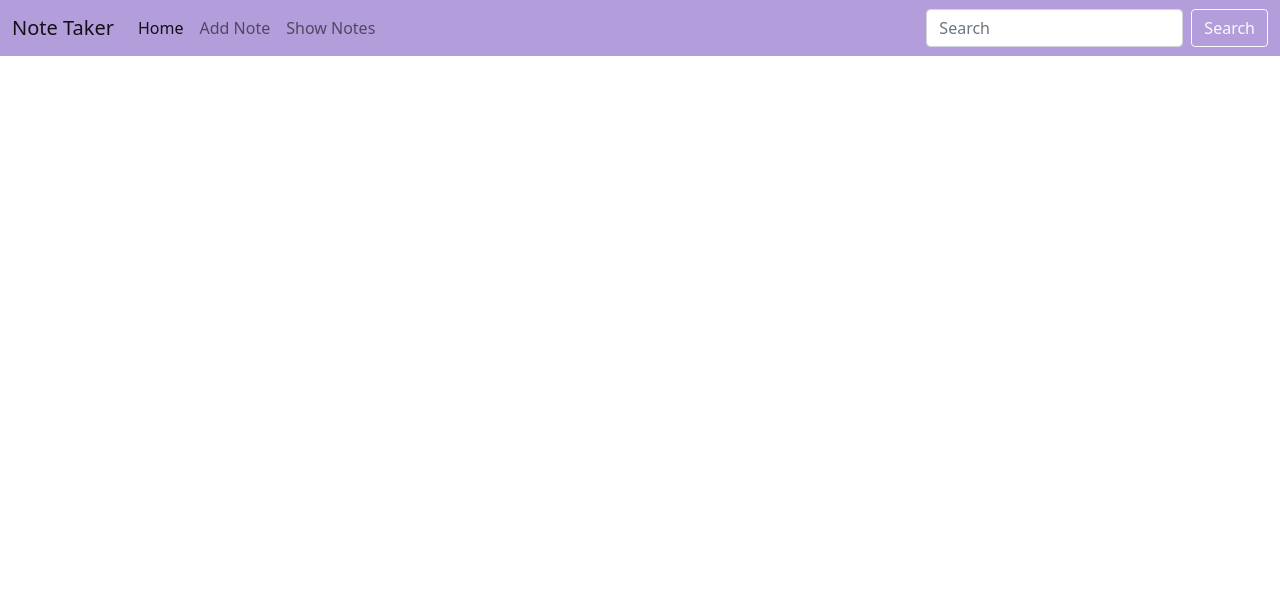
Repository: Tanmoy4672/Hibernate
Page: http://localhost/NoteTaker/
The author's editor kept a copy of each file at every save. The page is drawn from the files as they stood at one save, then again after the next save.
The browser window is 1280 px wide. The pictures show the whole page.
The page is served by Tomcat 9. Other server files are loaded and not shown.

Above is the page before, as saved 2021-12-16 22:43:29.

### NoteTaker/src/main/webapp/index.jsp
<!doctype html>
<html lang="en">
  <head>
    <!-- Required meta tags -->
    <meta charset="utf-8">
    <meta name="viewport" content="width=device-width, initial-scale=1">

    <title>Note Taker :HomePage</title>
       <%@include file="All_js_css.jsp" %>

  </head>
  <body>

    <div class="container-fluid p-0 m-0">
    <%@include file="Navbar.jsp" %>
    </div>















  </body>
</html>

### NoteTaker/src/main/webapp/All_js_css.jsp
<!-- Bootstrap CSS -->
    <link href="https://cdn.jsdelivr.net/npm/bootstrap@5.0.2/dist/css/bootstrap.min.css" rel="stylesheet" integrity="sha384-EVSTQN3/azprG1Anm3QDgpJLIm9Nao0Yz1ztcQTwFspd3yD65VohhpuuCOmLASjC" crossorigin="anonymous">
    <link href="CSS/style.css" rel="stylesheet"/>

 <!-- Optional JavaScript; choose one of the two! -->

    <!-- Option 1: Bootstrap Bundle with Popper -->
    <script src="https://cdn.jsdelivr.net/npm/bootstrap@5.0.2/dist/js/bootstrap.bundle.min.js" integrity="sha384-MrcW6ZMFYlzcLA8Nl+NtUVF0sA7MsXsP1UyJoMp4YLEuNSfAP+JcXn/tWtIaxVXM" crossorigin="anonymous"></script>

    <!-- Option 2: Separate Popper and Bootstrap JS -->

    <script src="https://cdn.jsdelivr.net/npm/@popperjs/core@2.9.2/dist/umd/popper.min.js" integrity="sha384-IQsoLXl5PILFhosVNubq5LC7Qb9DXgDA9i+tQ8Zj3iwWAwPtgFTxbJ8NT4GN1R8p" crossorigin="anonymous"></script>
    <script src="https://cdn.jsdelivr.net/npm/bootstrap@5.0.2/dist/js/bootstrap.min.js" integrity="sha384-cVKIPhGWiC2Al4u+LWgxfKTRIcfu0JTxR+EQDz/bgldoEyl4H0zUF0QKbrJ0EcQF" crossorigin="anonymous"></script>

### NoteTaker/src/main/webapp/Navbar.jsp
<nav class="navbar navbar-expand-lg navbar-light purple">
	<div class="container-fluid">
		<a class="navbar-brand" href="index.jsp">Note Taker</a>
		<button class="navbar-toggler" type="button" data-bs-toggle="collapse"
			data-bs-target="#navbarSupportedContent"
			aria-controls="navbarSupportedContent" aria-expanded="false"
			aria-label="Toggle navigation">
			<span class="navbar-toggler-icon"></span>
		</button>
		<div class="collapse navbar-collapse" id="navbarSupportedContent">
			<ul class="navbar-nav me-auto mb-2 mb-lg-0">
				<li class="nav-item"><a class="nav-link active"
					aria-current="page" href="index.jsp">Home</a></li>
				<li class="nav-item"><a class="nav-link" href="add_notes.jsp">Add Note</a></li>

				<li class="nav-item"><a class="nav-link" href="all_notes.jsp"
					tabindex="-1" >Show Notes</a></li>
			</ul>
			<form class="d-flex">
				<input class="form-control me-2" type="search" placeholder="Search"
					aria-label="Search">
				<button class="btn btn-outline-light" type="submit">Search</button>
			</form>
		</div>
	</div>
</nav>

### NoteTaker/src/main/webapp/CSS/style.css
.purple{
	background: #b39ddb;
}

After the next save:
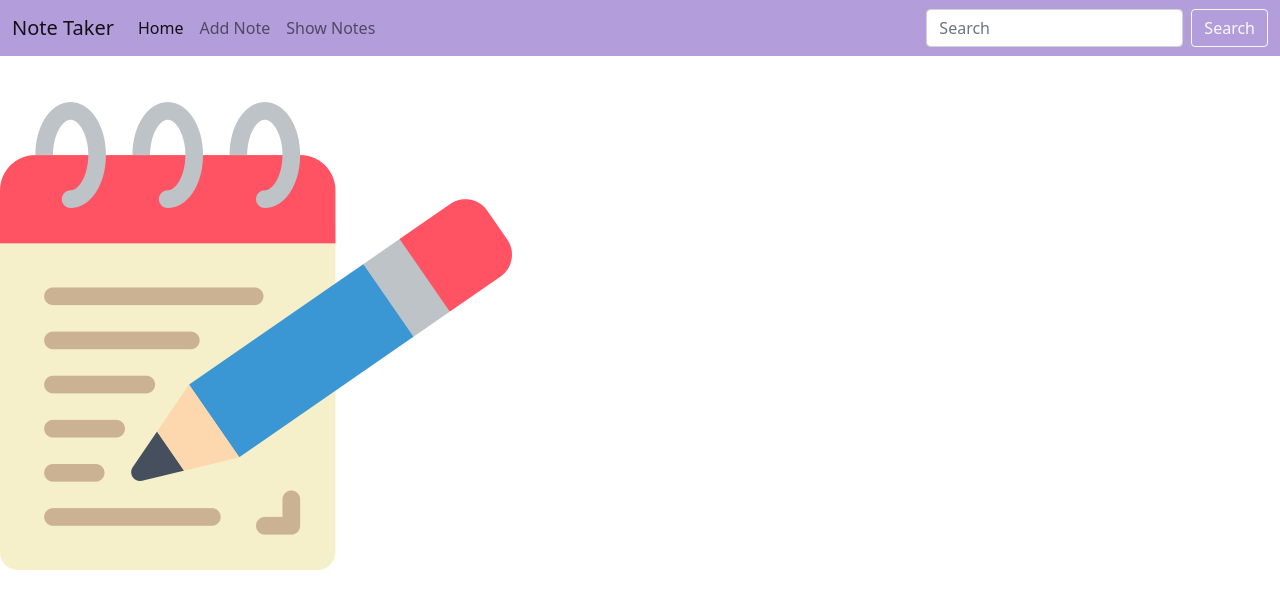
Saved 3 min 47 s later.
--- a/NoteTaker/src/main/webapp/index.jsp
+++ b/NoteTaker/src/main/webapp/index.jsp
@@ -13,6 +13,11 @@
 
     <div class="container-fluid p-0 m-0">
     <%@include file="Navbar.jsp" %>
+
+    <br>
+    <div>
+    <img alt="" class="img-fluid" style="w" src="img/notepad.png">
+    </div>
     </div>
 
 
